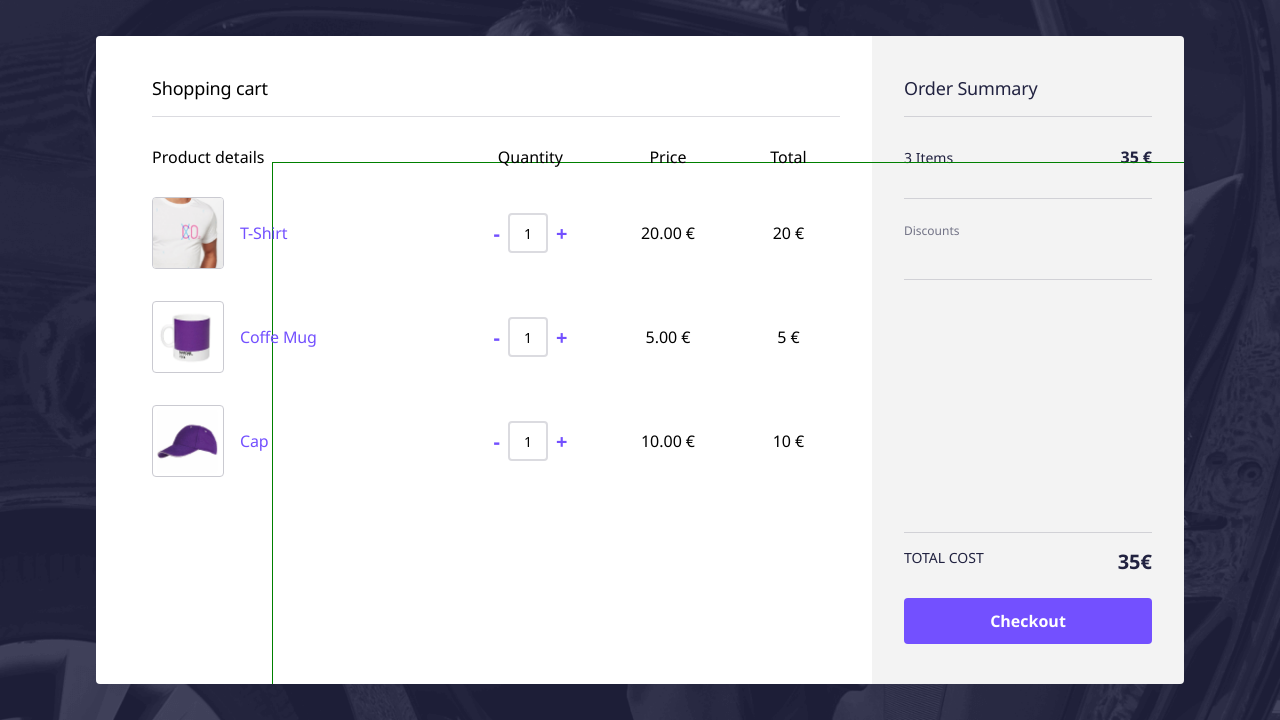
Repository: banchiec/challengecbfy
Page: /
An editor plug-in stored every save of this project. The page is shown before and after the next save, followed by the edit.
The browser window is 1280 px wide. The pictures show the whole page.
An inner scrolling area shows only its first screen. Some web fonts or font styles are not loaded; a fallback is used. The project was rebuilt for these pictures with package versions that can differ from the ones it lists, and the page was loaded fresh each time. Also part of the build but not shown: craco.config.js.

Above is the page before, as saved 2021-12-10 12:57:05.

### src/index.js
import './index.css';
import App from './App';
import Checkout from './helpers/checkout'
// here a service should be called to obtain the api data
import { products } from './data/data'

import discounts from './helpers/discounts';

const purchase = new Checkout(products, discounts)
purchase.init()
App(purchase)

### src/index.css
@tailwind base;
@tailwind components;
@tailwind utilities;

body {
  margin: 0;
  font-family: -apple-system, BlinkMacSystemFont, 'Segoe UI', 'Roboto', 'Oxygen',
    'Ubuntu', 'Cantarell', 'Fira Sans', 'Droid Sans', 'Helvetica Neue',
    sans-serif;
  -webkit-font-smoothing: antialiased;
  -moz-osx-font-smoothing: grayscale;
}

code {
  font-family: source-code-pro, Menlo, Monaco, Consolas, 'Courier New',
    monospace;
}

@font-face {
  font-family: 'Avenir';
  src:local('Avenir'), url(./assets/fonts/Avenir-Black.woff) format('woff');
}

### src/App.js
import { render } from 'react-dom';
import Main from './components/main/Main'
import './App.css';

function App(purchase) {
  render(<Main purchase={purchase} />, document.getElementById('root'))
}

export default App;

### src/helpers/checkout.js
export default class Checkout {
    constructor(price, discounts = []) {
        this.price = price.reduce((acc, good) => ({ ...acc, [good.code]: good }), {})
        this.discounts = discounts
        this.cartItems = []
    }
    init() {
        this.scan('TSHIRT')
        this.scan('MUG')
        this.scan('CAP')
    }
    scan(code, argument = 1) {
        const currentCartItem = this.cartItems.find((item) => item.code === code);
        if (currentCartItem) {
            switch (argument) {
                case 1:
                    currentCartItem.count += 1;
                    break;
                case -1:
                    currentCartItem.count -= 1;
                    if (currentCartItem.count === 0) {
                        this.cartItems = this.cartItems.filter((item) => item.code !== code);
                    }
                    break;
                default:
                    currentCartItem.count = argument;
                    break;
            }
            return this;
        }
        const currentPriceItem = this.price[code];
        // console.log(this.price)
        if (currentPriceItem) {
            switch (argument) {
                case 1:
                    this.cartItems.push({ ...currentPriceItem, count: 1 });
                    break;
                case -1:
                    break;
                default:
                    this.cartItems.push({ ...currentPriceItem, count: argument });
            }
            return this;
        }
        return new Error(`product with code ${code} has not been found`);


    }
    get actualDiscounts() {
        return this.discounts.reduce(
            (acc, discount) => {
                const res = discount.check(this.items);
                if (res) return [...acc, res];
                return acc;
            }, [],
        );
    }
    get items() {
        return this.cartItems
    }

    get totalDiscount() {
        return this.actualDiscounts.reduce((acc, { discountAmount }) => acc + discountAmount, 0);
    }
    cost(code) {
        const currentCartItem = this.cartItems.find((item) => item.code === code);
        if (currentCartItem) {
            return currentCartItem.count * currentCartItem.price;
        }
        return null;
    }

    preCalc() {
        return ({
            countItems: this.cartItems.reduce((acc, item) => acc + item.count, 0),
            summaryCost: this.cartItems.reduce((acc, item) => acc + (item.count * item.price), 0),
            actualDiscounts: this.actualDiscounts,
        });
    }

    // method total will return total cost as number
    total() {
        return this.cartItems.reduce(
            (acc, item) => acc + (item.count * item.price),
            0,
        ) - this.totalDiscount;
    }
}

### src/data/data.js
import shirt from '../assets/images/shirt.png'
import mug from '../assets/images/mug.png'
import cap from '../assets/images/cap.png'
export const products = [
    {
        id: '1',
        code: 'TSHIRT',
        name: 'T-Shirt',
        price: '20.00',
        image: shirt
    },
    {
        id: '3',
        code: 'MUG',
        name: 'Coffe Mug',
        price: '5.00',
        image: mug

    },
    {
        id: '4',
        code: 'CAP',
        name: 'Cap',
        price: '10.00',
        image: cap

    }
]

### src/helpers/discounts.js
const discounts = [
    {
        name: '2-for-1-Mug',
        check: (products) => {
            const currentProduct = products.find((product) => product.code === 'MUG')
            if (currentProduct && currentProduct.count > 1) {
                return ({
                    name: '2x1 Mug offer',
                    discountAmount: Math.trunc(currentProduct.count / 2) * currentProduct.price
                })
            }
            return null
        }
    },
    {
        name: 'bulk-discount-shirt',
        check: (products) => {
            const currentProduct = products.find((product) => product.code === 'TSHIRT')
            if (currentProduct && currentProduct.count >= 3) {
                return ({
                    name: 'x3-Shirt-offer',
                    discountAmount: (currentProduct.price / 100) * 5 * currentProduct.count
                })
            }
            return null
        }
    }
]

export default discounts

### src/components/main/Main.js
import { useState } from "react"
import OrderSummery from "../OrderSummery/OrderSummery"
import { ShoppingCart } from "../shoppingCart/ShoppingCart"

export default function Main(props) {
    const { purchase } = props
    const [items, setItems] = useState(purchase.items)

    const initStateSum = purchase.preCalc()
    const initTotalCost = purchase.total()

    const [summary, setSummary] = useState({
        ...initStateSum,
        totalCost: initTotalCost
    })

    const scan = (code) => (op) => (e) => {
        switch (op) {
            case 'dec':
                purchase.scan(code, -1);
                break;
            case 'set':
                purchase.scan(code, Number(e.target.value));
                console.log(e.target.value)
                break;
            case 'inc':
                purchase.scan(code, 1);
                break;
            default:
                // unknown operation
                break;
        }
        // set new cart items list for react
        setItems([...purchase.items]);
        const newSums = purchase.preCalc();
        const newTotalCost = purchase.total();
        setSummary({
            ...newSums,
            totalCost: newTotalCost,
        });

    }
    const cost = (code) => purchase.cost(code)

    return (
        <main className="App">
            <ShoppingCart items={items} scan={scan} cost={cost} />
            <OrderSummery summary={summary} />
        </main>
    )
}

### src/App.css
* {
  box-sizing: border-box;
  outline: none;
}

html,
body,
div,
span,
applet,
object,
iframe,
h1,
h2,
h3,
h4,
h5,
h6,
p,
blockquote,
pre,
a,
abbr,
acronym,
address,
big,
button,
cite,
code,
del,
dfn,
em,
img,
ins,
kbd,
q,
s,
samp,
small,
strike,
strong,
sub,
sup,
tt,
var,
b,
u,
i,
center,
dl,
dt,
dd,
ol,
ul,
li,
fieldset,
form,
label,
legend,
table,
caption,
tbody,
tfoot,
thead,
tr,
th,
td,
article,
aside,
canvas,
details,
embed,
figure,
figcaption,
footer,
header,
hgroup,
menu,
nav,
output,
ruby,
section,
summary,
time,
mark,
audio,
video {
  margin: 0;
  padding: 0;
  border: 0;
  vertical-align: baseline;
  font: 100%;
}

/* HTML5 display-role reset for older browsers */
article,
aside,
details,
figcaption,
figure,
footer,
header,
hgroup,
menu,
nav,
section {
  display: block;
}

body {
  -webkit-font-smoothing: antialiased;
  -moz-osx-font-smoothing: grayscale;
  line-height: 1;
}

ol,
ul {
  list-style: none;
}

blockquote,
q {
  quotes: none;
}

a {
  cursor: pointer;
}

blockquote:before,
blockquote:after,
q:before,
q:after {
  content: none;
}

table {
  border-spacing: 0;
  border-collapse: collapse;
}

a {
  text-decoration: none;
}

input:not([type="checkbox"]):not([type="radio"]),
textarea {
  appearance: none;
}

input[type="number"]::-webkit-outer-spin-button,
input[type="number"]::-webkit-inner-spin-button {
  margin: 0;
  appearance: none;
}

input[type="number"] {
  appearance: textfield;
}

input::-ms-clear {
  display: none;
}

select::-ms-expand {
  display: none;
}

textarea {
  overflow: auto;
  vertical-align: top;
}

input::placeholder {
  opacity: 1;
}

h1.main {
  padding-bottom: 16px;
  border-bottom: 1px solid rgba(33, 34, 64, 0.16);
}

.wrapper.border,
.wrapper-half.border {
  border-bottom: 1px solid rgba(33, 34, 64, 0.16);
}

h2,
.products-list li.products-list-title {
  color: #a6a7b3;
  letter-spacing: 1px;
  font-size: 10px;
  line-height: 16px;
}

h2,
.product-code {
  font-size: 12px;
  line-height: 16px;
}

.product-quantity,
.summary input,
.summary ul li,
.summary-total-cost {
  font-size: 14px;
  line-height: 17px;
}

.product h1 {
  font-size: 16px;
  line-height: 24px;
}

.products button.count,
.summary-total-price {
  font-size: 20px;
  line-height: 25px;
}

h2 {
  color: #717285;
  letter-spacing: 0;
  font-weight: 300;
}

h2 + * {
  margin-top: 16px;
}

body {
  margin: 0;
  padding: 0;
  height: 100vh;
  background-image: url("./assets/images/background.png");
  background-color: #212240;
  background-position: top left;
  background-size: cover;
  font-family: Avenir, "Avenir Next", "Segoe UI", sans-serif;
  font-weight: regular;
}

.App {
  position: fixed;
  top: 50%;
  left: 50%;
  display: flex;
  overflow-x: hidden;
  overflow-y: auto;
  max-width: 1088px;
  max-height: 648px;
  width: calc(100% - 64px);
  height: calc(100% - 64px);
  border-radius: 4px;
  background-color: #ffffff;
  transform: translate(-50%, -50%);
}

h1 {
  position: relative;
  letter-spacing: -0.18px;
  font-size: 18px;
  line-height: 24px;
}

.wrapper {
  padding: 32px 0;
}

.wrapper-half {
  padding: 24px 0;
}

.tableHead {
  padding: 32px 0;
}

.row {
  position: relative;
  display: flex;
  flex-flow: row nowrap;
  justify-content: space-between;
}

.row + .row {
  margin-top: 32px;
}

[class*="col-"] {
  display: flex;
  align-items: center;
}

[class*="col-"]:nth-child(n + 2) {
  justify-content: center;
}

.col-product {
  width: 45%;
}

.col-quantity {
  width: 20%;
}

.col-price {
  width: 20%;
}

.col-total {
  width: 15%;
}

input {
  width: 100%;
  height: 48px;
  border-radius: 4px;
}

.currency {
  margin-left: 4px;
}

.products {
  padding: 40px 32px 40px 56px;
}

.products button.count {
  padding: 0 8px;
  height: 40px;
  border: none;
  background: transparent;
  color: #7350ff;
  font-weight: bold;
  cursor: pointer;
}

.products {
  flex: 1;
}

.products-list {
  position: relative;
  width: 100%;
}

.product-image {
  display: flex;
  align-items: center;
  flex-flow: row nowrap;
}

.product-image img {
  margin-right: 16px;
  width: 72px;
  height: 72px;
  border: 1px solid #cacad1;
  border-radius: 4px;
}

.product-code {
  border-radius: 4px;
  color: #a6a7b3;
  letter-spacing: 0.13px;
  font-weight: 400;
}

.product-quantity {
  width: 40px;
  height: 40px;
  border: 2px solid #dbdbe0;
  border-radius: 4px;
  text-align: center;
}

.product-price {
  color: #000000;
  font-size: 16px;
}

.product .clear {
  border: none;
  background: transparent;
}

.product .clear span {
  position: relative;
  display: block;
  width: 16px;
  height: 16px;
}

.product .clear span:before,
.product .clear span:after {
  content: "";
  position: absolute;
  top: 8px;
  left: 2px;
  display: block;
  width: 12px;
  height: 2px;
  border-radius: 8px;
  background-color: #a6a7b3;
  transform: rotate(-45deg);
  transform-origin: center center;
}

.product .clear span:before {
  transform: rotate(45deg);
}

.product h1 {
  color: #7350ff;
}

.summary {
  display: flex;
  flex-flow: column wrap;
  padding: 40px 32px;
  width: 312px;
  background-color: #f3f3f3;
  color: #212240;
}

.summary > * {
  width: 100%;
}

.summary-items-price {
  font-size: 16px;
  font-weight: bold;
}

.summary input {
  margin: 8px auto;
  color: #a6a7b3;
  text-indent: 16px;
  text-transform: uppercase;
}

.summary input::placeholder {
  color: #a6a7b3;
  text-transform: lowercase;
}

.summary ul li {
  display: flex;
  justify-content: space-between;
}

.summary ul li > *:nth-child(2) {
  font-weight: bold;
}

.summary ul li + li {
  margin-top: 20px;
}

.summary-total {
  align-self: flex-end;
  margin-top: auto;
  padding-top: 16px;
  padding-bottom: 0;
  border-top: 1px solid rgba(33, 34, 64, 0.16);
  color: #212240;
}

.summary-total-cost {
  flex-basis: 100%;
  text-transform: uppercase;
}

.summary-total-price {
  font-weight: bold;
}

.summary button[type="submit"] {
  margin-top: 24px;
  padding-top: 16px;
  padding-bottom: 16px;
  width: 100%;
  border-radius: 4px;
  background: #7350ff;
  color: #ffffff;
  font-size: 16px;
  font-weight: bold;
  line-height: 14px;
  cursor: pointer;
}

/* MODAL */
.modal {
  position: absolute ;
  width: 1088px;
  height: 648px;
  left: 176px;
  top: 126px;
  border: 1px solid green;
}
.content {
  position: absolute;
  width: 248px;
  height: 358px;
  left: 984px;
  top: 270px;
}
.background {
  position: absolute;
  width: 1440px;
  height: 904px;
  left: 0px;
  top: -2px;
}

### src/components/OrderSummery/OrderSummery.js
import React from 'react';
import { uniqueId } from 'lodash';

function OrderSummery(props) {
    const {
        summary: {
            countItems, summaryCost, actualDiscounts, totalCost,
        },
    } = props;
    return (
        <aside className="summary">
            <h1 className="main">Order Summary</h1>
            <ul className="summary-items wrapper border">
                <li>
                    <span className="summary-items-number">
                        {countItems || 0}
                        {' '}
                        Items
                    </span>
                    <span className="summary-items-price">
                        {summaryCost || 0}
                        <span className="currency">
                            €
                        </span>
                    </span>
                </li>
            </ul>
            <div className="summary-discounts wrapper-half border">
                <h2>Discounts</h2>
                {actualDiscounts && (
                    <ul>
                        {actualDiscounts.map((disc) => (
                            <li key={uniqueId()}>
                                <span>{disc.name}</span>
                                <span>
                                    -
                                    {disc.discountAmount}
                                    {' '}
                                    €
                                </span>
                            </li>
                        ))}
                    </ul>
                )}
            </div>
            <div className="summary-total wrapper">
                <ul>
                    <li>
                        <span className="summary-total-cost">
                            Total cost
                        </span>
                        <span className="summary-total-price">
                            {totalCost || 0}
                            €
                        </span>
                    </li>
                </ul>
                <button type="submit">Checkout</button>
            </div>
        </aside>
    );
}

export default OrderSummery;

### src/components/shoppingCart/ShoppingCart.js
import { uniqueId } from 'lodash'
import { CartString } from '../CartString/CartString'

export const ShoppingCart = (props) => {
    // console.log(props)
    const { items, scan, cost } = props


    const setDetails = (e) => {
        console.log(e)

    }

    return (
        <>
            <div className="modal">
                <div className="content"></div>
            </div>
            <section className="products">
                <h1 className="main">Shopping cart</h1>
                <ul className="product-list tableHead">
                    <li className="products-list-title row">
                        <div className="col-product">Product details</div>
                        <div className="col-quantity">Quantity</div>
                        <div className="col-price">Price</div>
                        <div className="col-total">Total</div>
                    </li>
                </ul>
                <ul className="products-list">
                    {items.map((item) => (
                        <CartString
                            content={item}
                            scan={scan(item.code)}
                            cost={cost(item.code)}
                            key={uniqueId()}
                            onClick={setDetails}
                        />
                    ))}
                </ul>
            </section>
        </>
    )
}

### src/components/CartString/CartString.js
import { useState } from 'react'
// import DetailsModal from "../DetailsModal/DetailsModal"

export const CartString = (props) => {
    const [show, setShow] = useState(false)
    const {
        content: {
            productCode,
            name,
            count,
            image,
            price
        },
        scan,
        cost,
    } = props

    const setDetails = (e) => {
        console.log(e)
    }


    return (
        <>
            <li className="product row" onClick={setDetails}>
                <div className="col-product">
                    <figure className="product-image">
                        <img src={image} alt={image} />
                        <div className="product-description">
                            <h1 className="product-description-details">{name}</h1>
                            <p className="product-code">{productCode}</p>
                        </div>
                    </figure>
                </div>
                <div className="col-quantity">
                    <button type="button" className="count" onClick={scan('dec')}>
                        -
                    </button>
                    <input type="text" className="product-quantity" value={count} onChange={scan('set')} />
                    <button type="button" className="count" onClick={scan('inc')}>
                        +
                    </button>
                </div>
                <div className="col-price">
                    <span className="product-price">
                        {price}
                    </span>
                    <span className="product-currency currency">€</span>
                </div>
                <div className="col-total">
                    <span className="product-price">{cost}</span>
                    <span className="product-currency currency">€</span>
                </div>
            </li>
        </>
    )
}

Loaded but not shown: public/index.html (common file); tailwind.config.js (common file)

After the next save:
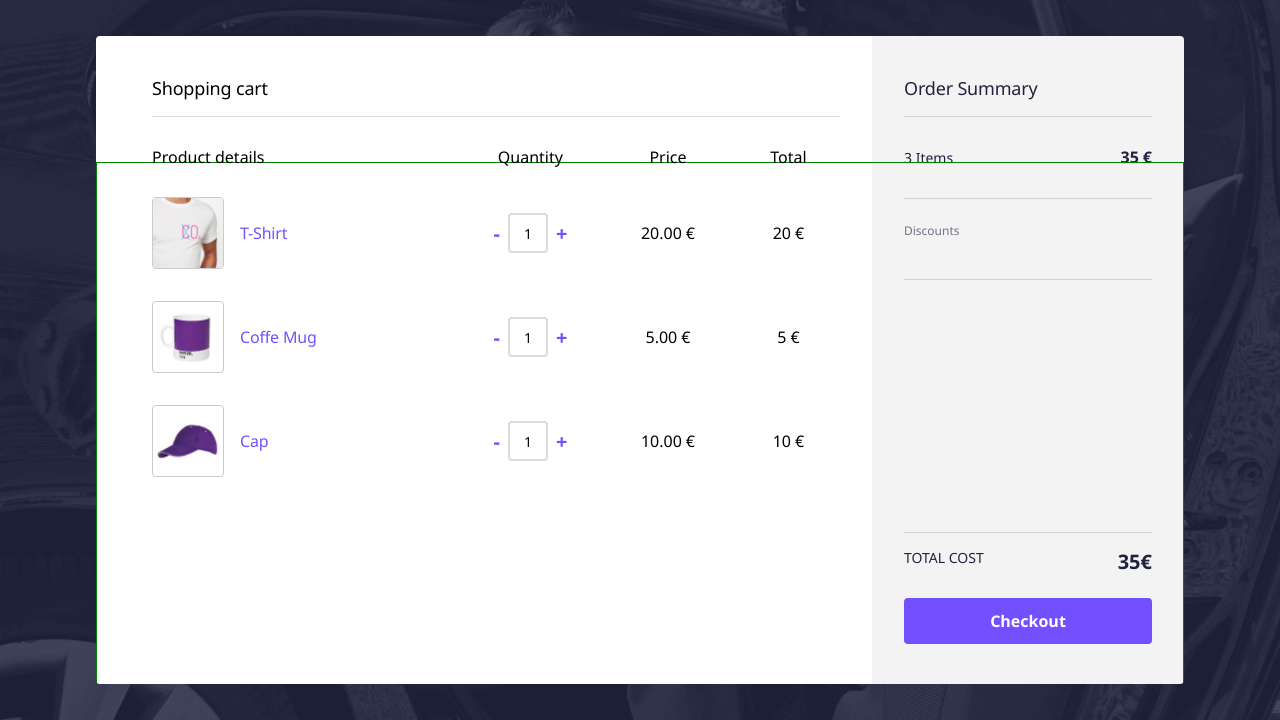
Saved 70 s later.
--- a/src/App.css
+++ b/src/App.css
@@ -493,7 +493,7 @@ input {
   position: absolute ;
   width: 1088px;
   height: 648px;
-  left: 176px;
+  /* left: 176px; */
   top: 126px;
   border: 1px solid green;
 }
